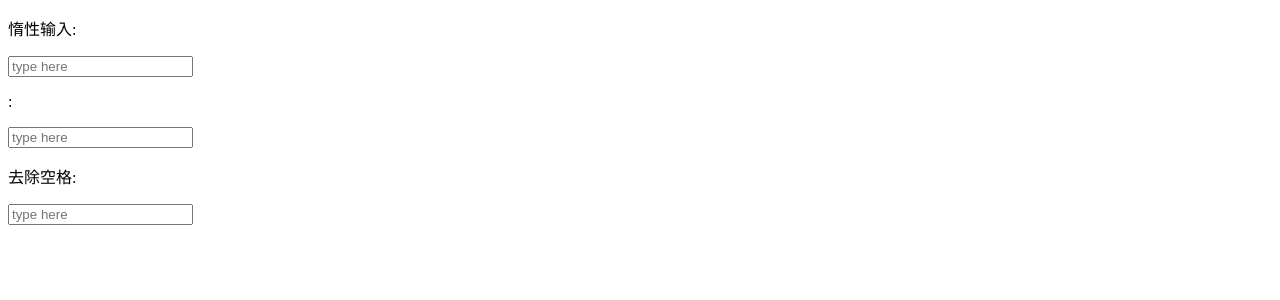
Repository: LavriaNeptune/vue-playground
Page: essentials/form-input-bindings/modifiers-for-input.html
These files come from the project's save history. The page is drawn as it stood at one moment and after the next save; the edit follows.
The browser window is 1280 px wide. The pictures show the whole page.

Above is the page before, as saved 2022-08-20 05:49:15.

After the next save:
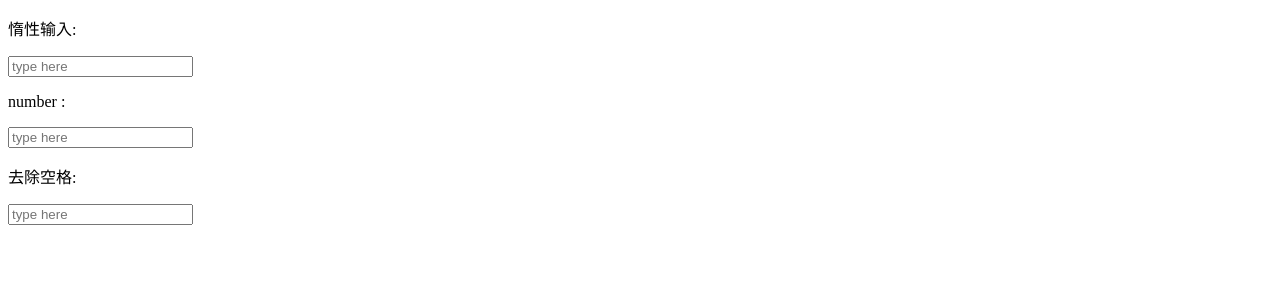
Saved 10 s later.
--- a/essentials/form-input-bindings/modifiers-for-input.html
+++ b/essentials/form-input-bindings/modifiers-for-input.html
@@ -10,7 +10,7 @@
       <p>惰性输入:{{messageOne}}</p>
       <input type="text" v-model.lazy="messageOne" placeholder="type here" />
 
-      <p>:{{messageTwo}}</p>
+      <p>number :{{messageTwo}}</p>
       <input type="text" v-model.number="messageTwo" placeholder="type here" />
       <!-- .number 效果: -->
 
